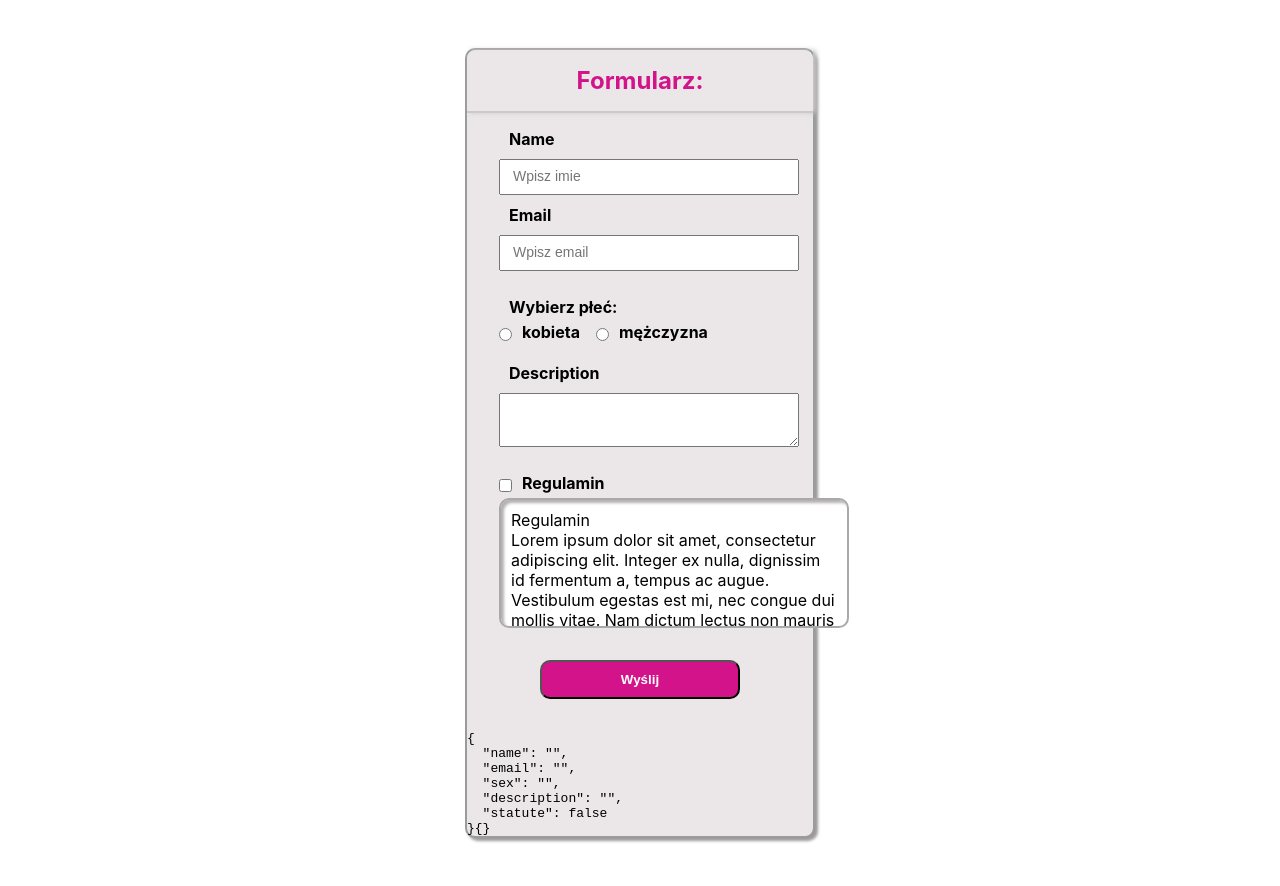
Repository: KrzysKolo/sr_tydzien4_zad3
Page: /
An editor plug-in stored every save of this project. The page is shown before and after the next save, followed by the edit.
The browser window is 1280 px wide. The pictures show the whole page.
The project was rebuilt for these pictures with package versions that can differ from the ones it lists, and the page was loaded fresh each time. Also part of the build but not shown: src/components/FormComponents/TextError.js.

Above is the page before, as saved 2020-11-19 15:19:44.

After the next save:
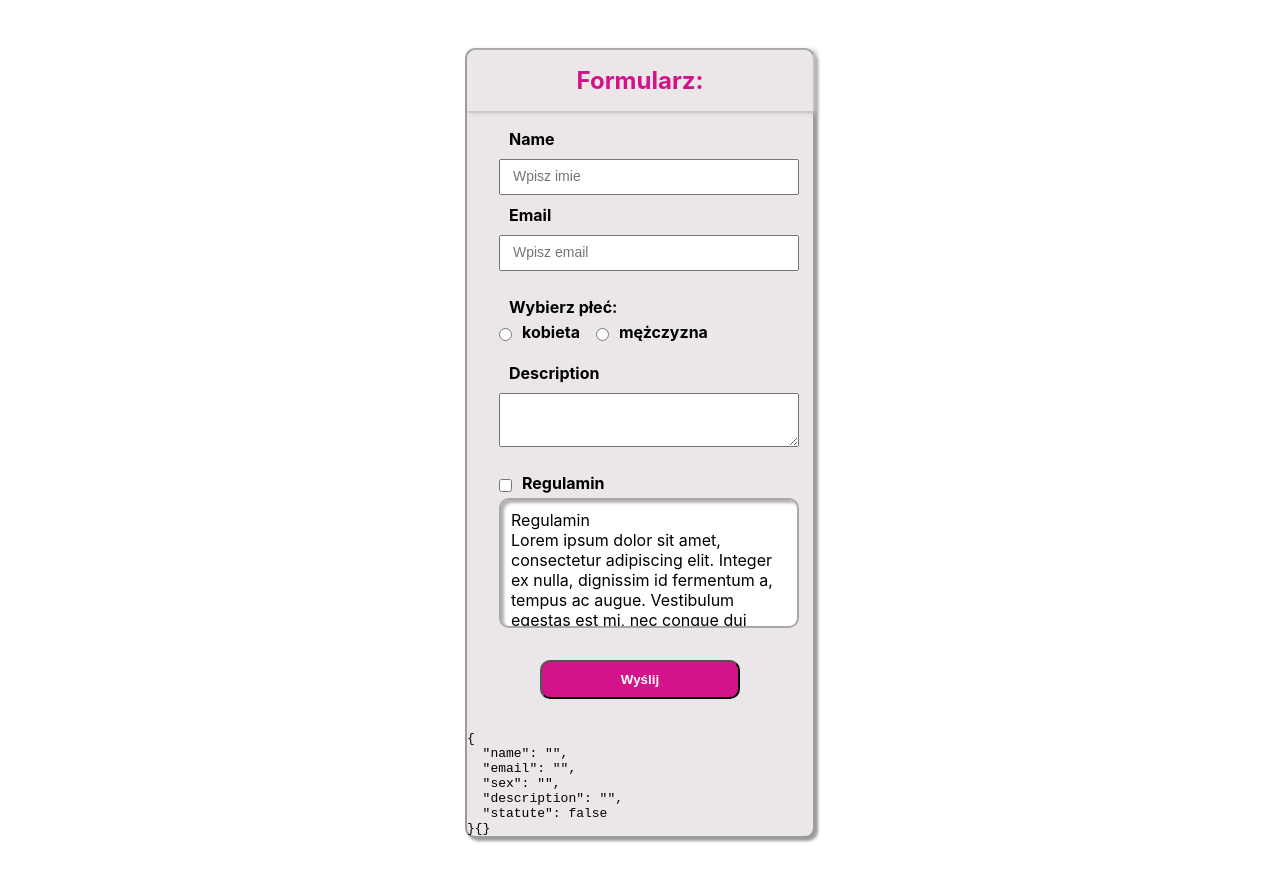
Saved 15 s later.
--- a/src/App.css
+++ b/src/App.css
@@ -49,7 +49,7 @@ textarea {
   box-shadow: inset 3px 3px 3px rgb(181, 177, 178);
   background: #ffffff;
   height: 130px;
-  width: 350px;
+  width: 300px;
   padding: 10px;
   overflow: auto;
 }
